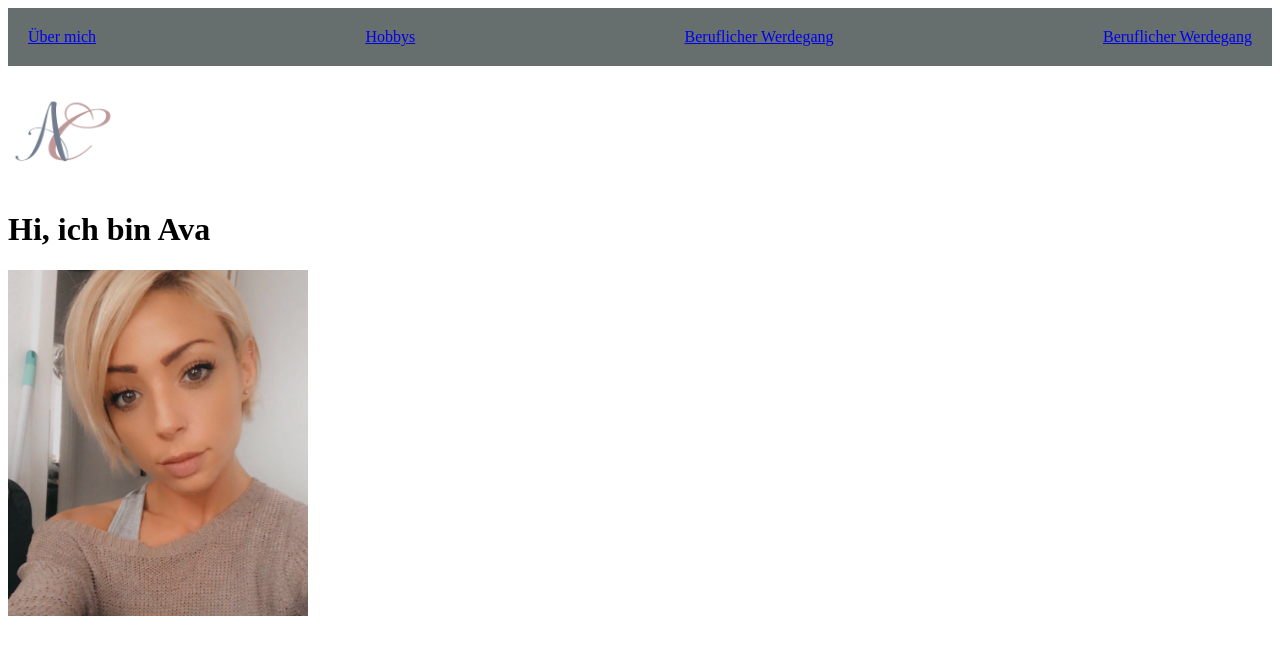
Repository: Ava-VictoriaCrivello/website
Page: index.html
An editor plug-in stored every save of this project. The page is shown before and after the next save, followed by the edit.
The browser window is 1280 px wide. The pictures show the whole page.
Some web fonts or font styles are not loaded; a fallback is used.

Above is the page before, as saved 2022-05-29 12:26:10.

### index.html
<!DOCTYPE html>
<html lang="en">
  <head>
    <meta charset="UTF-8" />
    <meta http-equiv="X-UA-Compatible" content="IE=edge" />
    <meta name="viewport" content="width=device-width, initial-scale=1.0" />
    <title>website</title>
    <link rel="stylesheet" href="style.css" />
    <link rel="preconnect" href="https://fonts.googleapis.com" />
    <link rel="preconnect" href="https://fonts.gstatic.com" crossorigin />
    <link
      href="https://fonts.googleapis.com/css2?family=Tiro+Telugu:ital@1&display=swap"
      rel="stylesheet"
    />
  </head>
  <body>
    <nav>
      <a class="button" href="#aboutme">Über mich</a>
      <a class="button" href="#hobbys">Hobbys</a>
      <a class="button" href="#work">Beruflicher Werdegang</a>
      <a class="button" href="#work">Beruflicher Werdegang</a>
    </nav>

    <header>
      <img src="logo.png" width="120px" , height="" />
      <h1>Hi, ich bin Ava</h1>
      <img src="ich.png" width="300px" , height="" />
    </header>
  </body>
</html>

### style.css
nav {
  background-color: rgb(103, 110, 110);
  font-family: "Tiro Telugu", serif;
  padding: 20px;
  display: flex;
  justify-content: space-between;
}

After the next save:
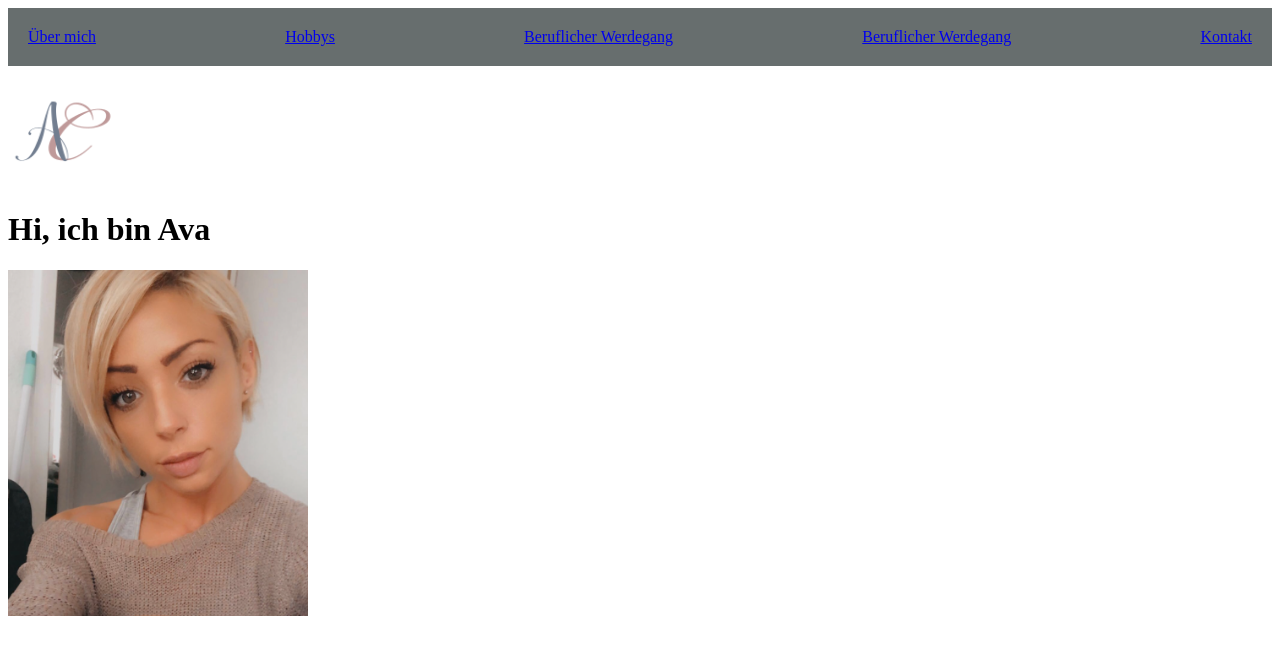
Saved 47 s later.
--- a/index.html
+++ b/index.html
@@ -19,6 +19,7 @@
       <a class="button" href="#hobbys">Hobbys</a>
       <a class="button" href="#work">Beruflicher Werdegang</a>
       <a class="button" href="#work">Beruflicher Werdegang</a>
+      <a class="button" href="#contact">Kontakt</a>
     </nav>
 
     <header>
